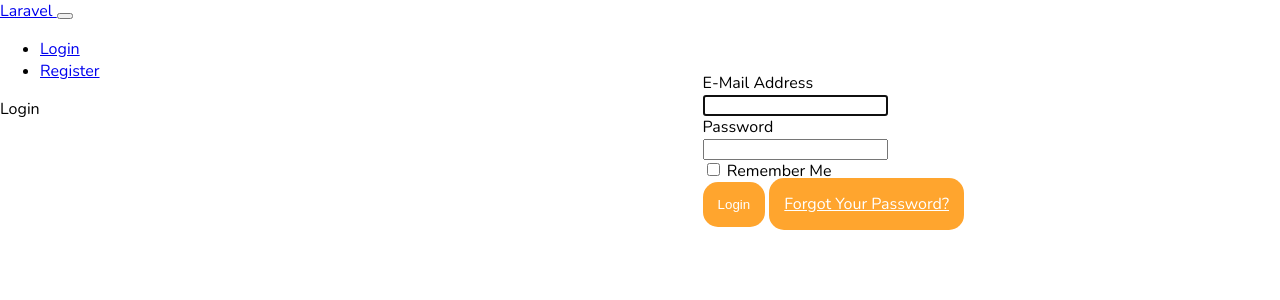
Repository: PatryxB/libraryBook
Page: http://localhost/login
These files come from the project's save history. The page is drawn as it stood at one moment and after the next save; the edit follows.
The browser window is 1280 px wide. The pictures show the whole page.
The page is served by the project's Laravel application, run on PHP 8.4 with Laravel 8. Style sheets and scripts are compiled from the project's sources, by tool versions that may differ from the author's.

Above is the page before, as saved 2020-05-14 13:44:58.

After the next save:
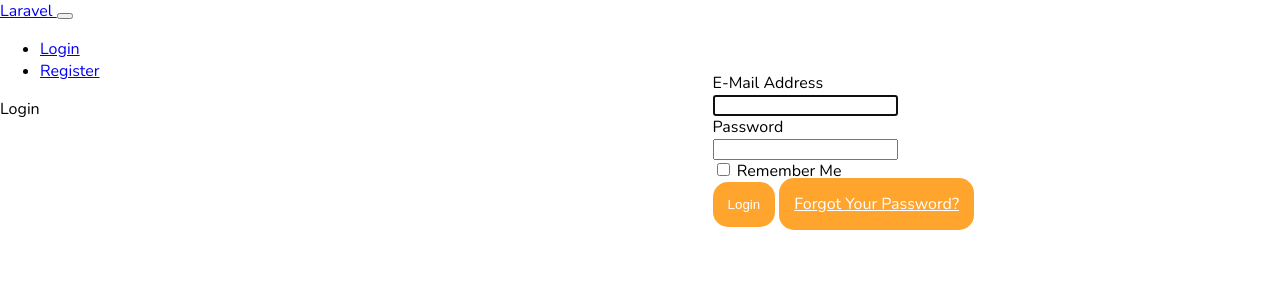
Saved 20 s later.
--- a/resources/sass/app.scss
+++ b/resources/sass/app.scss
@@ -28,7 +28,7 @@ form{
     top: 10%;
     right: 20%;
     background-color: white;
-    padding: 60px;
+    padding: 50px;
     padding-top: 0;
     border-radius: 25px;
 }
